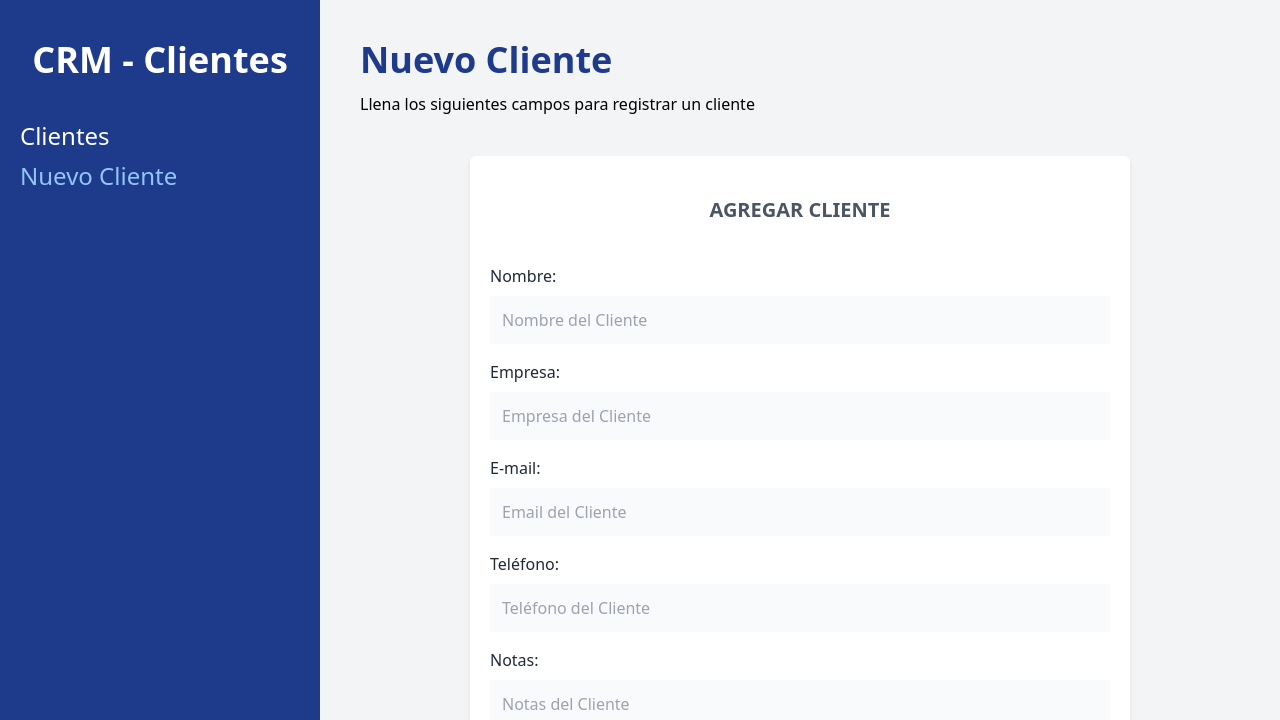
Repository: jdep98/api_crm
Page: /clientes/nuevo
An editor plug-in stored every save of this project. The page is shown before and after the next save, followed by the edit.
The browser window is 1280 px wide. The pictures show the whole page.
An inner scrolling area shows only its first screen. The project was rebuilt for these pictures with package versions that can differ from the ones it lists, and the page was loaded fresh each time. Also part of the build but not shown: vite.config.js, src/components/Cliente.jsx, src/paginas/Inicio.jsx, src/components/Alerta.jsx, src/styles/Spinner.css, src/components/Spinner.jsx, src/paginas/EditarCliente.jsx, src/paginas/VerCliente.jsx.

Above is the page before, as saved 2021-11-29 14:56:14.

### src/App.jsx
import { useState } from 'react'
import { BrowserRouter, Routes, Route } from 'react-router-dom'
import Layout from './layout/Layout'
import Inicio from './paginas/Inicio'
import NuevoCliente from './paginas/NuevoCliente'
import EditarCliente from './paginas/EditarCliente'
import VerCliente from './paginas/VerCliente'


function App() {


  return (
      <BrowserRouter>
          <Routes>
              <Route path="/clientes" element={<Layout />}>
                  <Route index element={<Inicio />} />
                  <Route path="nuevo" element={<NuevoCliente />} />
                  <Route path="editar/:id" element={<EditarCliente />} />
                  <Route path=":id" element={<VerCliente />} />
              </Route>
          </Routes>
      </BrowserRouter>
  )
}

export default App

### src/layout/Layout.jsx
import { Outlet, Link, useLocation } from 'react-router-dom'


const Layout = () => {

    const location = useLocation()
    const urlActual = location.pathname

    return (
        <div className="md:flex md:min-h-screen">
            <div className="md:w-1/4 bg-blue-900 px-5 py-10">
                <h2 className="text-4xl font-black text-center text-white ">CRM - Clientes</h2>
                <nav className="mt-10">
                    <Link
                        className={`${urlActual === '/clientes' ? 'text-blue-300' : 'text-white'} text-2xl block mt-2 hover:text-blue-300`}
                        to="/clientes"
                    >Clientes</Link>
                    <Link
                         className={`${urlActual === '/clientes/nuevo' ? 'text-blue-300' : 'text-white'} text-2xl block mt-2 hover:text-blue-300`}
                        to="/clientes/nuevo"
                    >Nuevo Cliente</Link>
                </nav>
            </div>

            <div className="md:w-3/4 p-10 md:h-screen overflow-scroll">
                <Outlet />
            </div>

        </div>
    )
}

export default Layout

### src/paginas/NuevoCliente.jsx
import Formulario from '../components/Formulario'

const NuevoCliente = () => {
    return (
        <>
            <h1 className="font-black text-4xl text-blue-900">Nuevo Cliente</h1>
            <p className="mt-3">Llena los siguientes campos para registrar un cliente</p>

            <Formulario />
        </>
    )
}

export default NuevoCliente

### src/components/Formulario.jsx
import React from 'react'
import { Formik, Form, Field } from 'formik'
import { useNavigate } from 'react-router-dom'
import * as Yup from 'yup'
import Alerta from './Alerta'
import Spinner from './Spinner'

const Formulario = ({cliente, cargando}) => {

    const navigate = useNavigate()

    const nuevoClienteSchema = Yup.object().shape({
        nombre: Yup.string()
                    .min(3, 'El Nombre es muy corto')
                    .max(20, 'El Nombre es muy largo')
                    .required('El Nombre del Cliente es Obligatorio'),
        empresa: Yup.string()
                    .required('El Nombre de la empresa es obligatorio'),
        email: Yup.string()
                    .email('Email no válido')
                    .required('El email es obligatorio'),
        telefono: Yup.number()
                    .positive('Número no válido')
                    .integer('Número no válido')
                    .typeError('El Número no es válido')

    })

    const handleSubmit = async (valores) => {
        try {
            let respuesta
            if(cliente.id) {
                // Editando un registro
                const url = `${import.meta.env.VITE_API_URL}/${cliente.id}`
                respuesta = await fetch(url, {
                    method: 'PUT',
                    body: JSON.stringify(valores),
                    headers: {
                        'Content-Type': 'application/json'
                    }
                })

            } else {
                // Nuevo Registro
                const url = import.meta.env.VITE_API_URL
                respuesta = await fetch(url, {
                    method: 'POST',
                    body: JSON.stringify(valores),
                    headers: {
                        'Content-Type': 'application/json'
                    }
                })
            }

            await respuesta.json()
            navigate('/clientes')
        } catch (error) {
            console.log(error)
        }
    }

    return (
        cargando ? <Spinner /> : (
            <div className="bg-white mt-10 px-5 py-10 rounded-md shadow-md
            md:w-3/4 mx-auto">
                <h1 className="text-gray-600 font-bold text-xl uppercase text-center">{cliente?.nombre ? 'Editar Cliente' : 'Agregar Cliente'}</h1>

                <Formik
                    initialValues={{
                        nombre: cliente?.nombre ?? "",
                        empresa: cliente?.empresa ?? "",
                        email: cliente?.email ?? "",
                        telefono: cliente?.telefono ?? "",
                        notas: cliente?.notas ?? "",
                    }}
                    enableReinitialize={true}
                    onSubmit={ async (values, {resetForm}) => {
                        await handleSubmit(values)
                        resetForm()
                    }}
                    validationSchema={nuevoClienteSchema}
                >
                    {({errors, touched}) => {
                        return  (
                    <Form
                        className="mt-10"
                    >
                        <div className="mb-4">
                            <label
                                className="text-gray-800"
                                htmlFor="nombre"
                            >Nombre:</label>
                            <Field
                                id="nombre"
                                type="text"
                                className="mt-2 block w-full p-3 bg-gray-50"
                                placeholder="Nombre del Cliente"
                                name="nombre"
                            />

                            {errors.nombre && touched.nombre ? (
                                <Alerta>{errors.nombre}</Alerta>
                            ) : null }
                        </div>
                        <div className="mb-4">
                            <label
                                className="text-gray-800"
                                htmlFor="empresa"
                            >Empresa:</label>
                            <Field
                                id="empresa"
                                type="text"
                                className="mt-2 block w-full p-3 bg-gray-50"
                                placeholder="Empresa del Cliente"
                                name="empresa"
                            />

                            {errors.empresa && touched.empresa ? (
                                <Alerta>{errors.empresa}</Alerta>
                            ) : null }
                        </div>

                        <div className="mb-4">
                            <label
                                className="text-gray-800"
                                htmlFor="email"
                            >E-mail:</label>
                            <Field
                                id="email"
                                type="email"
                                className="mt-2 block w-full p-3 bg-gray-50"
                                placeholder="Email del Cliente"
                                name="email"
                            />


                            {errors.email && touched.email ? (
                                <Alerta>{errors.email}</Alerta>
                            ) : null }
                        </div>

                        <div className="mb-4">
                            <label
                                className="text-gray-800"
                                htmlFor="telefono"
                            >Teléfono:</label>
                            <Field
                                id="telefono"
                                type="tel"
                                className="mt-2 block w-full p-3 bg-gray-50"
                                placeholder="Teléfono del Cliente"
                                name="telefono"
                            />

                            {errors.telefono && touched.telefono ? (
                                <Alerta>{errors.telefono}</Alerta>
                            ) : null }
                        </div>

                        <div className="mb-4">
                            <label
                                className="text-gray-800"
                                htmlFor="notas"
                            >Notas:</label>
                            <Field
                                as="textarea"
                                id="notas"
                                type="text"
                                className="mt-2 block w-full p-3 bg-gray-50 h-40"
                                placeholder="Notas del Cliente"
                                name="notas"
                            />
                        </div>

                        <input
                            type="submit"
                            value={cliente?.nombre ? 'Editar Cliente' : 'Agregar Cliente'}
                            className="mt-5 w-full bg-blue-800 p-3 text-white uppercase font-bold text-lg"
                        />
                    </Form>
                    )}}
                </Formik>
            </div>
        )
    )
}

Formulario.defaultProps = {
    cliente: {},
    cargando: false
}

export default Formulario

### tailwind.config.js
module.exports = {
  purge: ["index.html", "./src/**/*.jsx"],
  darkMode: false, // or 'media' or 'class'
  theme: {
    extend: {},
  },
  variants: {
    extend: {},
  },
  plugins: [],
}

Loaded but not shown: index.html (common file); src/main.jsx (common file); src/index.css (common file)

After the next save:
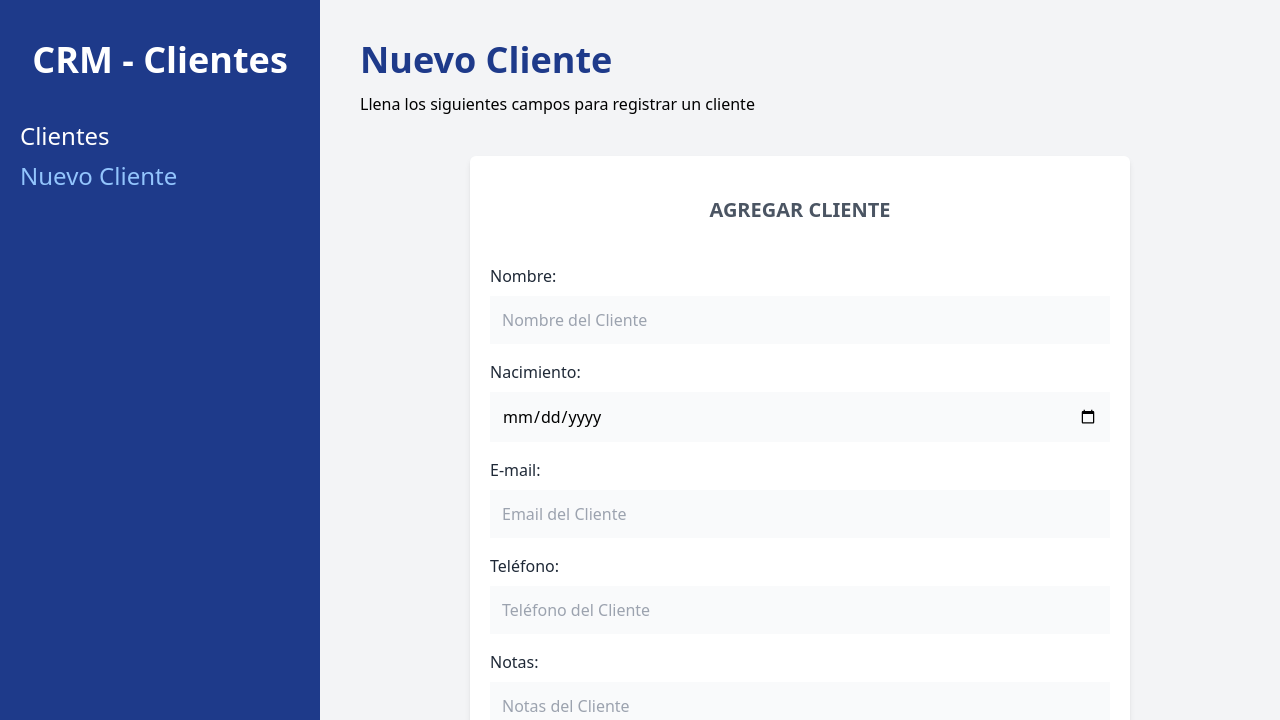
Saved 126 days later.
--- a/src/components/Formulario.jsx
+++ b/src/components/Formulario.jsx
@@ -68,9 +68,9 @@ const Formulario = ({cliente, cargando}) => {
                 <Formik
                     initialValues={{
                         nombre: cliente?.nombre ?? "",
-                        empresa: cliente?.empresa ?? "",
+                        telefono: cliente?.telefono ?? "",
+                        nacimiento: cliente?.empresa ?? "",
                         email: cliente?.email ?? "",
-                        telefono: cliente?.telefono ?? "",
                         notas: cliente?.notas ?? "",
                     }}
                     enableReinitialize={true}
@@ -105,13 +105,13 @@ const Formulario = ({cliente, cargando}) => {
                         <div className="mb-4">
                             <label
                                 className="text-gray-800"
-                                htmlFor="empresa"
-                            >Empresa:</label>
+                                htmlFor="nacimiento"
+                            >Nacimiento:</label>
                             <Field
                                 id="empresa"
-                                type="text"
+                                type="date"
                                 className="mt-2 block w-full p-3 bg-gray-50"
-                                placeholder="Empresa del Cliente"
+                                placeholder="Fecha de nacimiento"
                                 name="empresa"
                             />
 
